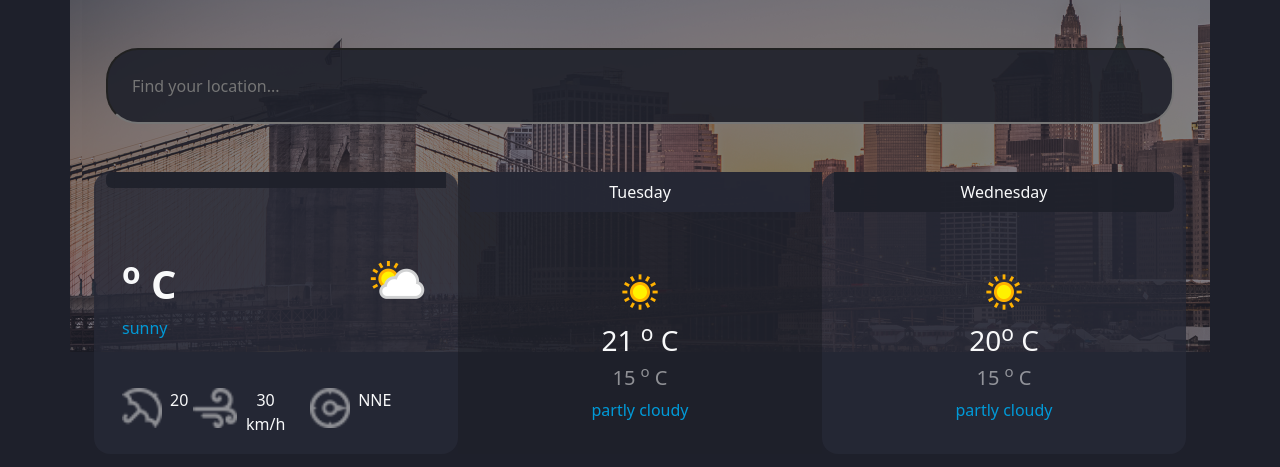
Repository: AmiraNabil97/WeatherApp
Page: index.html
These files come from the project's save history. The page is drawn as it stood at one moment and after a run of saves; the edit follows.
The browser window is 1280 px wide. The pictures show the whole page.
The page's requests for data from a server got no answer.

Above is the page before, as saved 2023-08-28 22:27:29.

### index.html
<!DOCTYPE html>
<html lang="en">
<head>
    <meta charset="UTF-8">
    <meta name="viewport" content="width=device-width, initial-scale=1.0">
    <title>Document</title>
    <link rel="stylesheet" href="css/bootstrap.min.css">
    <link rel="stylesheet" href="css/all.min.css">
    <link rel="stylesheet" href="css/style.css">
</head>
<body>

        <div class="container">
            <div class="container text-center weatherApp px-4 py-5 ">

                <input type="text" class="w-100 mx-auto rounded-5 py-4 px-4 bg-main-color mb-5 text-white"
                    placeholder="Find your location..."
                     id="search" />
                <div class="row ">
                    <div class=" col-md-4 bg-sec-color m-0 rounded-4 item ">
                        <div class="d-flex justify-content-between py-2 px-3 bg-main-color text-light rounded-start"id="today-date">
                            <p id="today_date_day_name" class="my-auto"></p>
                            <span>
                                <span id="today_date_day_number" class="my-auto"></span>
                                <span id="today_date_month" class="my-auto"></span>
                            </span>
                        </div>
                        <div class="item-content text-start px-3 py-3 pt-5 text-light" id="today">
                            <p id="today_location" class="fs-4"></p>
                            <div class="d-flex justify-content-between align-items-center">
                                <span class="fs-1 fw-bolder">
                                    <span id="today_temp"></span>
                                    <span><sup>o</sup> C</span>
                                </span>
                                <img id="today_condition_img" src="images/116.png" alt="" />
                            </div>
                            <p id="today_condition_text" class="fs-6 text-light-blue">sunny</p>
                        </div>
                        <div class="item-footer d-flex text-light p-3">
                            <div class="d-flex me-3">
                                <img src="images/icon-umberella.png" class="footer-icons me-2" alt="" />
                                <p id="humidity">20</p>
                            </div>
                            <div class="d-flex me-3">
                                <img src="images/icon-wind.png" class="footer-icons mx-2" alt="" />
                                <p id="wind">30 km/h</p>
                            </div>
                            <div class="d-flex">
                                <img src="images/icon-compass.png" class="footer-icons mx-2" alt="" />
                                <p id="wind_direction">NNE</p>
                            </div>
                        </div>
                    </div>
                    <div class="item col-md-4 m-0 bg-main-color">
                        <div class="py-2 text-center bg-sec-color text-light" >
                            <p class="next_day_name my-auto">Tuesday</p>
                        </div>
                        <div class="item-content text-start text-light p-3 text-center pt-5">
                            <img  src="images/113.png" alt="">
                            <h3>
                                <span class="next_max_temp"></span>
                                <span> 21 <sup>o</sup> C</span>
                            </h3>
                            <h5 class="text-white opacity-50">
                                <span class="next_min_temp">15</span>
                                <span> <sup>o</sup> C</span>
                            </h5>
                            <p class="next_condition_text fs-6 text-light-blue">partly cloudy</p>
                        </div>
                    </div>
                    <div class="item col-md-4 m-0 bg-sec-color rounded-4">
                        <div class="py-2 text-center px-3 bg-main-color text-light rounded-end">
                            <p class="next_day_name my-auto">Wednesday</p>
                        </div>
                        <div class="item-content  text-light p-3 text-center pt-5 text-start">
                            <img src="images/113.png" alt="">
                            <h3>
                                <span class="next_max_temp"></span>
                                <span> 20<sup>o</sup> C</span>
                            </h3>
                            <h5 class="text-white opacity-50">
                                <span class="next_min_temp">15</span>
                                <span><sup>o</sup> C</span>
                            </h5>
                            <p class="next_condition_text fs-6 text-light-blue">partly cloudy</p>
                        </div>
                    </div>
                </div>
            </div>
        </div>








    <script src="js/jquery-3.7.0.min.js"></script>
    <script src="js/bootstrap.bundle.js"></script>
    <script src="js/main.js"></script>
</body>
</html>

### css/style.css
body
{
    background-color: rgb(30, 32, 43);
}

.logo-img
{
    width: 80px;
    height: 40px;
}

.small-fs
{
    font-size: 10px;
}

.fs-6
{
    font-size: 12px;
}

.container
{
    background-image: url(../images/banner.png);
    background-repeat: no-repeat;
}

.bg-main-color
{
    background-color: rgba(30, 32, 43, 0.905);
}

.bg-sec-color
{
    background-color:#262936d1;
}

.fs-big
{
    font-size: 84px;
    font-weight: bolder;
}

.icons
{
    width: 20px;
    height: 20px;
}

.text-light-blue
{
    color:#009ad8;
}

### js/main.js
/* <Today> */
let humidity = document.getElementById("humidity")
let wind = document.getElementById("wind")
let windDirection = document.getElementById("wind_direction")
let todayLocation = document.getElementById("today_location")
let todayName = document.getElementById("today_date_day_name")
let todayNumber = document.getElementById("today_date_day_number")
let todayMonth = document.getElementById("today_date_month")

let todayConditionText = document.getElementById("today_condition_text")

let todayTemp = document.getElementById("today_temp")
let todayConditionImg = document.getElementById("today_condition_img")


//< next day>
let nextConditionImg = document.getElementsByClassName("next_condition_img")
let nextConditionText = document.getElementsByClassName("next_condition_text")

let nextMaxTemp = document.getElementsByClassName("next_max_temp")
let nextMinTemp = document.getElementsByClassName("next_min_temp")
let nextDay = document.getElementsByClassName("next_day_name")

//< search>
let searchInput = document.getElementById("search")

// < API >
async function getWeatherData(cityName)
{
    let weatherResponse = await fetch(`https://api.weatherapi.com/v1/forecast.json?key=71dbd040c45b418aa92175158231802&q=${cityName}&days=3`)
    let weatherData = await weatherResponse.json()
    return weatherData
}
//  data of today
function displayTodayData(data)
{
    let todayDate = new Date()
    todayConditionText.innerHTML = data.current.condition.text
    humidity.innerHTML = data.current.humidity+"%"
    wind.innerHTML = data.current.wind_kph+"km/h"
    windDirection.innerHTML = data.current.wind_dir
    todayLocation.innerHTML = data.location.name

    todayTemp.innerHTML = data.current.temp_c
    todayConditionImg.setAttribute("src",data.current.condition.icon)
    todayName.innerHTML = todayDate.toLocaleDateString("en-US",{weekday:"long"})
    todayNumber.innerHTML = todayDate.getDate()
    todayMonth.innerHTML = todayDate.toLocaleDateString("en-US",{month:"long"})

}
//  next day data
function displayNextData(data)
{
    let forecastData = data.forecast.forecastday
    for(let i = 0 ; i < 2 ; i++)
    {
        let nextDate = new Date(forecastData[i+1].date)
        nextMinTemp[i].innerHTML = forecastData[i+1].day.mintemp_c
        nextConditionImg[i].setAttribute("src",forecastData[i+1].day.condition.icon)
        nextConditionText[i].innerHTML = forecastData[i+1].day.condition.text
    }
        nextDay[i].innerHTML = nextDate.toLocaleDateString("en-US",{weekday:"long"})
        nextMaxTemp[i].innerHTML = forecastData[i+1].day.maxtemp_c

}

async function startApp(city="london")
{
    let weatherData = await getWeatherData(city)
    if(!weatherData.error)
    {
        displayTodayData(weatherData)
        displayNextData(weatherData)
    }
}

startApp()
searchInput.addEventListener("input",function(){
    startApp(searchInput.value)
})

Loaded but not shown: css/bootstrap.min.css (library); css/all.min.css (library); js/jquery-3.7.0.min.js (library); js/bootstrap.bundle.js (library)

After the next 2 saves:
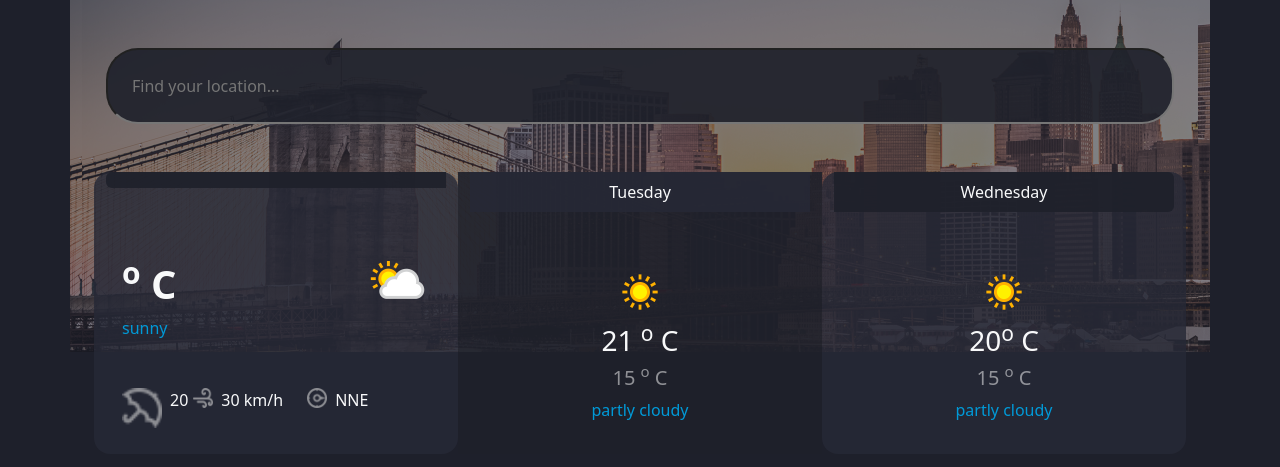
The 2 saves are shown as one change because they came seconds apart.
The last was saved 9 s later.
--- a/index.html
+++ b/index.html
@@ -42,11 +42,11 @@
                                 <p id="humidity">20</p>
                             </div>
                             <div class="d-flex me-3">
-                                <img src="images/icon-wind.png" class="footer-icons mx-2" alt="" />
+                                <img src="images/icon-wind.png" class="icons mx-2" alt="" />
                                 <p id="wind">30 km/h</p>
                             </div>
                             <div class="d-flex">
-                                <img src="images/icon-compass.png" class="footer-icons mx-2" alt="" />
+                                <img src="images/icon-compass.png" class="icons mx-2" alt="" />
                                 <p id="wind_direction">NNE</p>
                             </div>
                         </div>
